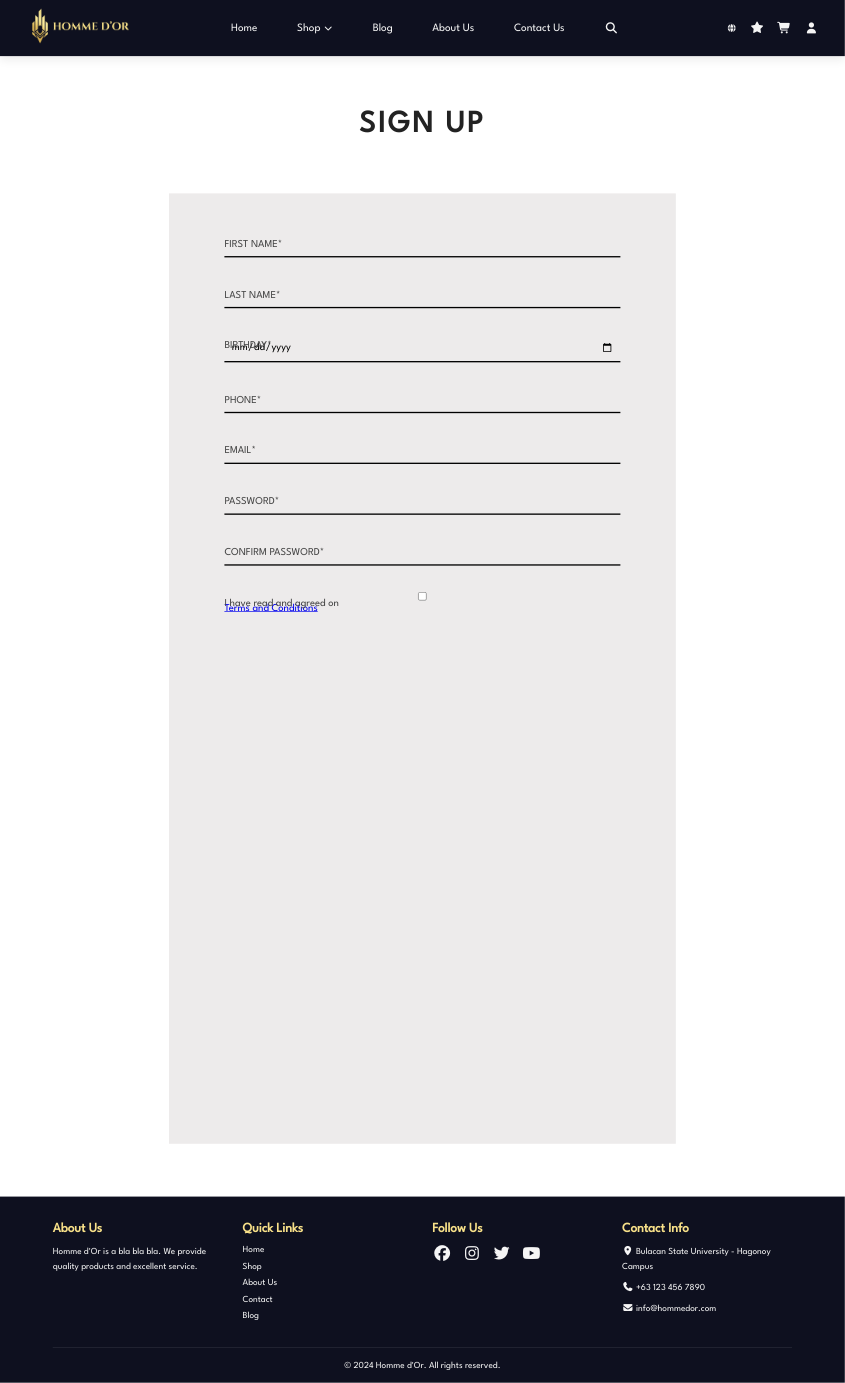
Repository: Izy-Blinken/Homme-d-Or
Page: http://localhost/Homme_dor/pages/signup.php?country=ph
An editor plug-in stored every save of this project. The page is shown before and after a run of saves, followed by the edit.
The browser window is 1280 px wide. The pictures show the whole page, at 66% of full size.
The page is run by PHP 8.4 with error messages shown; the project is at /var/www/html/.

Above is the page before, as saved 2026-01-24 20:25:17.

After the next 2 saves:
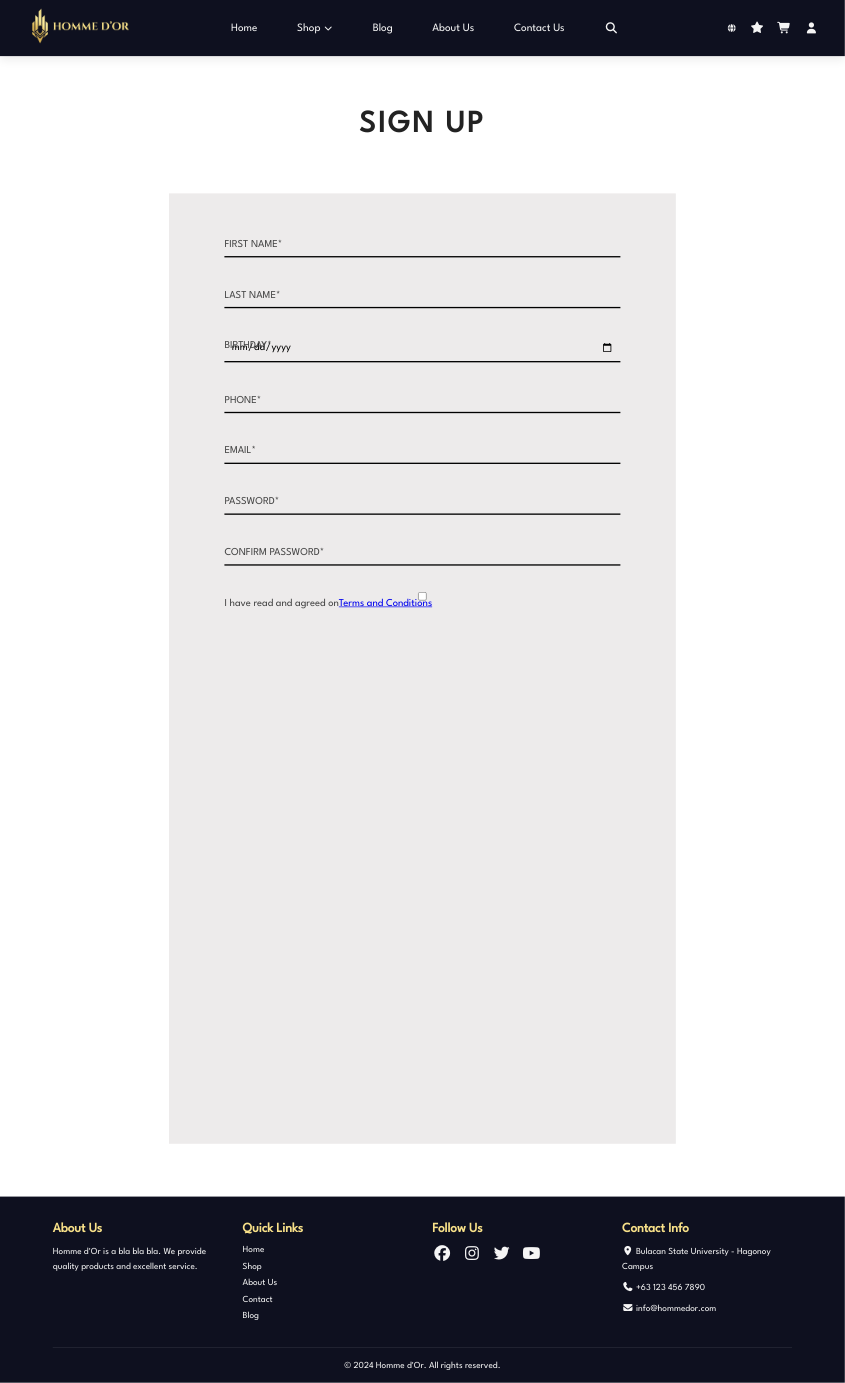
The 2 saves are shown as one change because they came seconds apart.
The last was saved 12 s later.
--- a/pages/signup.php
+++ b/pages/signup.php
@@ -55,8 +55,8 @@
 
                 <div class="inputGroup">
                     <input type="checkbox" required>
-                    <label>I have read and agreed on</label>
-                    <a href="terms.php">Terms and Conditions</a>
+                    <label>I have read and agreed on<a href="terms.php">Terms and Conditions</a></label>
+
                 </div>
 
             </div>
